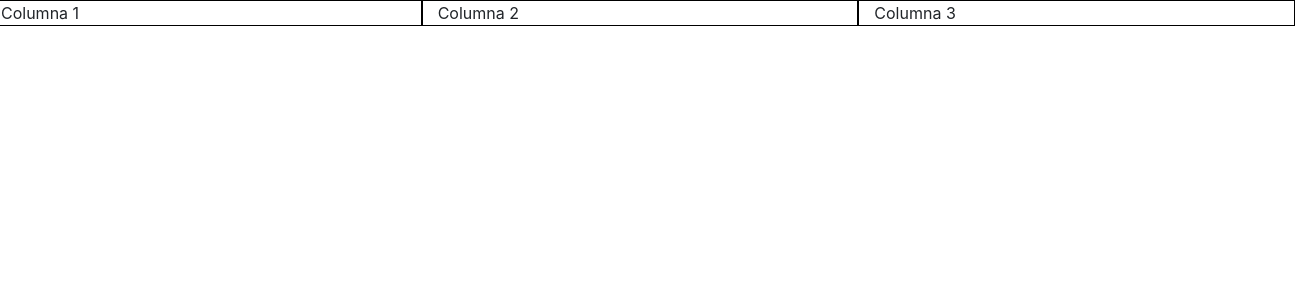
Repository: Enrique-git-hub/curso-java
Page: Workspace/BoostrapTest/src/main/webapp/index.html
These files come from the project's save history. The page is drawn as it stood at one moment and after the next save; the edit follows.
The browser window is 1280 px wide. The page is 1295 px wide, so the pictures cover 1295 px, including what lies to the right of the window. The pictures show the whole page.

Above is the page before, as saved 2025-03-18 08:08:30.

### Workspace/BoostrapTest/src/main/webapp/index.html
<!DOCTYPE html>
<html>
<head>
<meta charset="UTF-8">
<!-- Latest compiled and minified CSS -->
<link rel="stylesheet" href="https://cdn.jsdelivr.net/npm/bootstrap@4.6.2/dist/css/bootstrap.min.css">

<!-- jQuery library -->
<script src="https://cdn.jsdelivr.net/npm/jquery@3.7.1/dist/jquery.slim.min.js"></script>

<!-- Popper JS -->
<script src="https://cdn.jsdelivr.net/npm/popper.js@1.16.1/dist/umd/popper.min.js"></script>

<!-- Latest compiled JavaScript -->
<script src="https://cdn.jsdelivr.net/npm/bootstrap@4.6.2/dist/js/bootstrap.bundle.min.js"></script>
<title>BooTstrap</title>
<style type="text/css">
	.borde{
		border: 1px solid #000
	}
</style>
</head>
<body>

	<div class="row">
		<div class="col-sm-4 borde">Columna 1</div>
		<div class="col-sm-4 borde">Columna 2</div>
		<div class="col-sm-4 borde">Columna 3</div>
	</div>

</body>
</html>

After the next save:
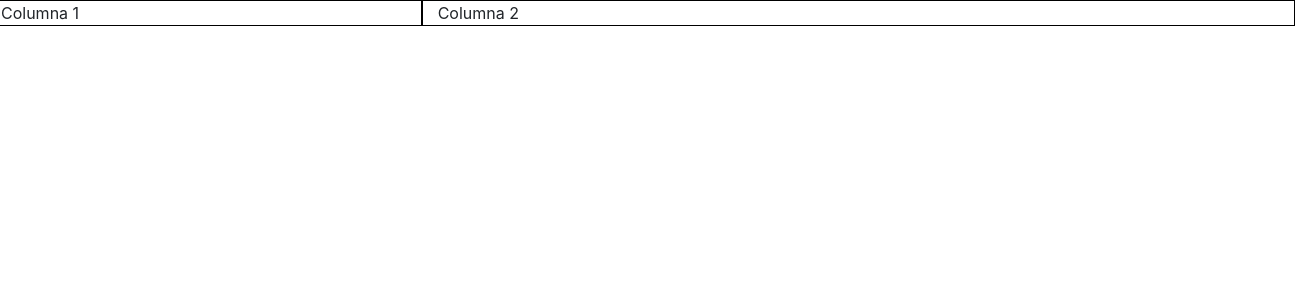
Saved 110 s later.
--- a/Workspace/BoostrapTest/src/main/webapp/index.html
+++ b/Workspace/BoostrapTest/src/main/webapp/index.html
@@ -24,8 +24,8 @@
 
 	<div class="row">
 		<div class="col-sm-4 borde">Columna 1</div>
-		<div class="col-sm-4 borde">Columna 2</div>
-		<div class="col-sm-4 borde">Columna 3</div>
+		<div class="col-sm-8 borde">Columna 2</div>
+
 	</div>
 
 </body>
